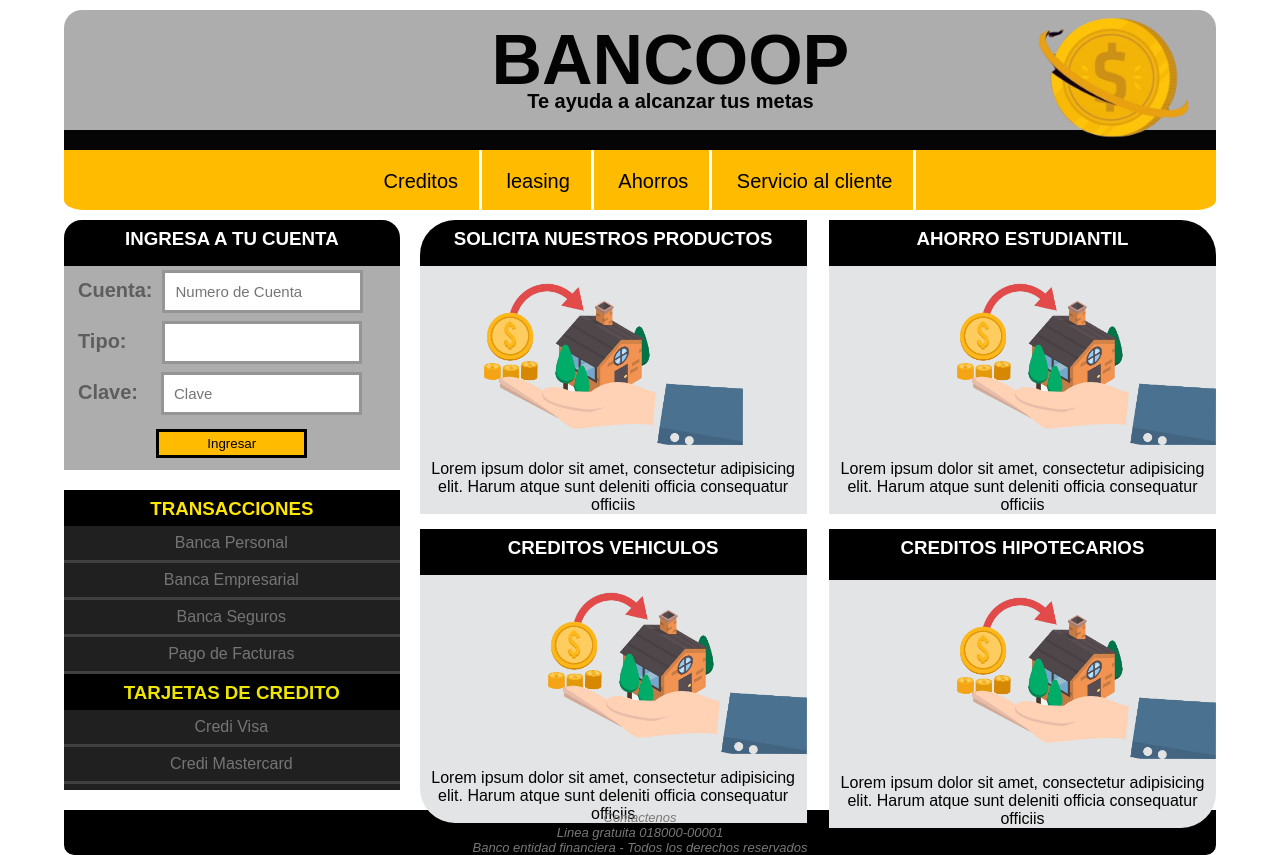
Repository: NickArregoces/BANCOOP
Page: Index.html
The author's editor kept a copy of each file at every save. The page is drawn from the files as they stood at one save, then again after a run of saves.
The browser window is 1280 px wide. The pictures show the whole page.

Above is the page before, as saved 2021-10-04 17:40:44.

### Index.html
<!DOCTYPE html>
<html lang="en">
<head>
    <meta charset="UTF-8">
    <meta http-equiv="X-UA-Compatible" content="IE=edge">
    <meta name="viewport" content="width=device-width, initial-scale=1.0">
    <title>BANCOOP Home</title>
    <link rel="stylesheet" href="/CSS/Style.css">

</head>
<body>
    <div id="head">
        <header>
            <div class="image">
                <img src="/Images/logo.png" alt="logo">
            </div>
            <div class="title" >
                <h1>BANCOOP</h1>
                <h3>Te ayuda a alcanzar tus metas</h3>
            </div>

        </header>

        <nav class="barra"></nav>

        <div class="navegador">
            <ul class="menu">
                <li><a href="#">Creditos</a></li>
                <li><a href="#">leasing</a></li>
                <li><a href="#">Ahorros</a></li>
                <li><a href="#">Servicio al cliente</a></li>
            </ul>
        </div>

    </div>
        <div id="Contenido">
            <div class="section">
                <form action="" class="login">
                    <h3 style="color: rgb(255, 255, 255);">INGRESA A TU CUENTA</h3>
                        <div class="cuenta">
                            <h4>Cuenta:<input type="number" placeholder="Numero de Cuenta" required></h4>
                        </div>

                        <div class="tipo">
                            <h4>Tipo:<input type="text" required></h4>
                        </div>

                        <div class="clave">
                            <h4>Clave:<input type="password" placeholder="Clave" required></h4>
                        </div>

                    <div class="center">
                        <button class="sumbit"> Ingresar </button>
                    </div>

                </form>

                <article class="opciones">
                    <h3 style="color: rgb(255, 230, 0);">TRANSACCIONES</h3>
                    <li><a href="#">Banca Personal</a></li>
                    <li><a href="#">Banca Empresarial</a></li>
                    <li><a href="#">Banca Seguros</a></li>
                    <li><a href="#">Pago de Facturas</a></li>

                    <h3 style="color: rgb(238, 230, 0);">TARJETAS DE CREDITO</h3>
                    <li><a href="#">Credi Visa</a></li>
                    <li><a href="#">Credi Mastercard</a></li>
                </article>
            </div>

            <div id="Cuadros">
                <aside>
                    <div class="solicita">
                        <h3 style="color: rgb(255, 255, 255);">SOLICITA NUESTROS PRODUCTOS</h3>

                        <div id="Prueba">
                        <img id="Prubea" src="/Images/Wallpaper(80).jpg" alt="">
                        </div>

                        <p>Lorem ipsum dolor sit amet, consectetur adipisicing elit.
                            Harum atque sunt deleniti officia consequatur officiis</p>
                    </div>

                    <div class="ahorro">
                        <h3 style="color: rgb(255, 255, 255);">AHORRO ESTUDIANTIL</h3>

                        <img src="/Images/Wallpaper(80).jpg" alt="">

                        <p>Lorem ipsum dolor sit amet, consectetur adipisicing elit.
                            Harum atque sunt deleniti officia consequatur officiis</p>
                    </div>

                    <div class="credito">
                        <h3 style="color: rgb(255, 255, 255);">CREDITOS VEHICULOS</h3>

                        <img src="/Images/Wallpaper(80).jpg" alt="">

                        <p>Lorem ipsum dolor sit amet, consectetur adipisicing elit.
                            Harum atque sunt deleniti officia consequatur officiis</p>
                    </div>
                    <div class="hipotecario">
                        <h3 style="color: rgb(255, 255, 255);">CREDITOS HIPOTECARIOS</h3>

                        <img src="/Images/Wallpaper(80).jpg" alt="">

                        <p>Lorem ipsum dolor sit amet, consectetur adipisicing elit.
                            Harum atque sunt deleniti officia consequatur officiis</p>
                    </div>
                </aside>
            </div>

            <div>
                <footer>
                        <p>Contactenos</p>
                        <p>Linea gratuita 018000-00001</p>
                        <p>Banco entidad financiera
                        - Todos los derechos reservados</p>
                </footer>
            </div>
        </div>

</body>
</html>

### CSS/Style.css

*{
    margin: 0 auto;
    padding: 0px;
    list-style:none
}
body{
    font-family: Arial, Helvetica, sans-serif;
    background: rgb(255, 255, 255);
    width: 90%;
    color: rgb(3, 3, 3);
}
header{
    width: 100%;
    margin-top: 10px;
    background: rgb(173, 173, 173);
    border-top-left-radius:  18px;
    border-top-right-radius:  18px;
    height: 120px;
}
    img{
        float: right;
        width: 200px;
    }
    .title{
        float: right;
        width: 60%;
        margin-top: 20px;
    }
    header h1{
        font-size: 70px;
        text-align: center;
        line-height: 60px;
        display: block;
    }
    header h3{
        font-size: 20px;
        text-align: center;
    }

nav.barra{
    background: rgb(5, 5, 5);
    height: 20px;
}
div.navegador{
    text-align: center;
}

    ul.menu{
        border-bottom-left-radius: 20px 10px;
        border-bottom-right-radius: 20px 10px;
        background: rgb(255, 187, 0);
        height: 60px;
        list-style: none;
        padding: 0;
        max-width: 10000px;
    }
    .menu li a{
        height: 20px;
        font-size: 20px;
        margin-right: 1px;
        text-decoration: none;
        color:black;
        padding: 20px;
        display: inline-block;
    }
    .menu li {
        border-right: solid white;
        display: inline-block;
        }
    .menu li a:hover{
        background: #242323b6;
        color: white;
        }

.section{
    width: 30%;
    float: left;

}
    form{
        background: rgb(173, 173, 173);
        border-top-left-radius: 18px;
        border-top-right-radius: 18px;
        margin-top: 10px;
        margin-right:10px;
        margin-bottom: 10px;
        height: 250px;
    }
        form h3{
            text-align: center;
            background: black;
            height: 30px;
            padding: 8px;
            border-top-left-radius: 18px;
            border-top-right-radius: 18px;
        }
        form h4{
            font-size: 20px;
            padding: 4px;
            margin-left: 10px;
            color: rgb(95, 93, 93);

        }
        form input{
            font-size: 15px;
            width: 55%;
            padding: 10px;
            display: inline;
            border: solid rgb(149, 149, 149);
            margin-left: 10px;
        }
        div.clave input {
            margin-left: 23px;
        }

        div.tipo input {
            margin-left: 35px;
        }

        div.center{
            margin-top: 10px;
            margin: auto;
            text-align: center;
            width: 50%;
            cursor: pointer;
        }
        button{
            margin-top: 10px;
            width: 90%;
            padding: 4px;
            background: rgb(255, 187, 0);
            border: solid black;
            cursor: pointer;
        }
        button:hover{
            background: #242323b6;
            color: rgb(251, 227, 3);
        }

    article {
        height: 300px;
        background: rgb(32, 32, 32);
        margin-top: 20px;
        margin-right:10px;
        margin-bottom: 10px;
    }
        article h3{
            text-align: center;
            padding: 8px;
            height: 20px;
            background: black;
        }
        .opciones li a{
            margin-right: 1px;
            text-align: center;
            text-decoration: none;
            color:rgb(117, 117, 117);
            padding: 8px;
            display: inline-block;
        }
        .opciones li {
            border-bottom: solid rgba(68, 68, 68, 0.897);
            text-align: center;
            display:inline-flexbox;
            }
        .opciones li a:hover{
            background: #242323b6;
            color: rgb(251, 227, 3);
            }

aside{
    width: 70%;
    height: 580px;
    margin-top: 10px;
    float: right;
    margin-bottom: 10px;
}
    div.solicita{
        width: 48%;
        float: left;
        border-top-left-radius: 35px;
        margin-left: 10px;
        background: #e3e4e5;
        text-align:center;

    }
    #Prueba{
        display: flex;
        align-items: center;
        justify-content: center;
    }
        div.solicita img {
            width: 260px;
            margin-top: 15px;
            margin-bottom: 15px;
        }
        div.solicita h3{
            text-align: center;
            background: black;
            height: 30px;
            padding: 8px;
            border-top-left-radius: 35px;
        }
        div.solicita p{
            display: inline-block;
            text-align: center;
        }

    div.ahorro {
        width: 48%;
        float: right;
        border-top-right-radius: 35px;
        margin-left: 10px;
        background: #e3e4e5;
     }
            div.ahorro img {
                width: 260px;
                margin-top: 15px;
                margin-bottom: 15px;
            }
            div.ahorro h3{
                text-align: center;
                background: black;
                height: 30px;
                padding: 8px;
                border-top-right-radius: 35px;
            }
            div.ahorro p{
                display: inline-block;
                text-align: center;
            }

    div.credito {
        width: 48%;
        float: left;
        margin-top: 15px;
        border-bottom-left-radius: 35px;
        margin-left: 10px;
        background: #e3e4e5;
    }
            div.credito img {
                width: 260px;
                margin-top: 15px;
                margin-bottom: 15px;

            }
            div.credito h3{
                text-align: center;
                background: black;
                height: 30px;
                padding: 8px;
            }
            div.credito p{
                display: inline-block;
                text-align: center;
            }

    div.hipotecario {
        width: 48%;
        float: right;
        border-top-right-radius: 35px;
        border-bottom-right-radius: 35px;
        margin-top: 15px;
        background: #e3e4e5;
        }
            div.hipotecario img {
                width: 260px;
                margin-top: 15px;
                margin-bottom: 15px;
            }
            div.hipotecario h3{
                text-align: center;
                background: black;
                height: 35px;
                padding: 8px;
            }
            div.hipotecario p{
                display: inline-block;
                text-align: center;
            }

footer{
    background: black;
    clear: both;
    border-bottom-left-radius: 10px;
    border-bottom-right-radius: 10px;
}
    footer p{
        font-size: 13px;
        text-align: center;
        line-height: 15px;
        color: rgb(121, 119, 119);
        font-style:italic;
    }

After the next 3 saves:
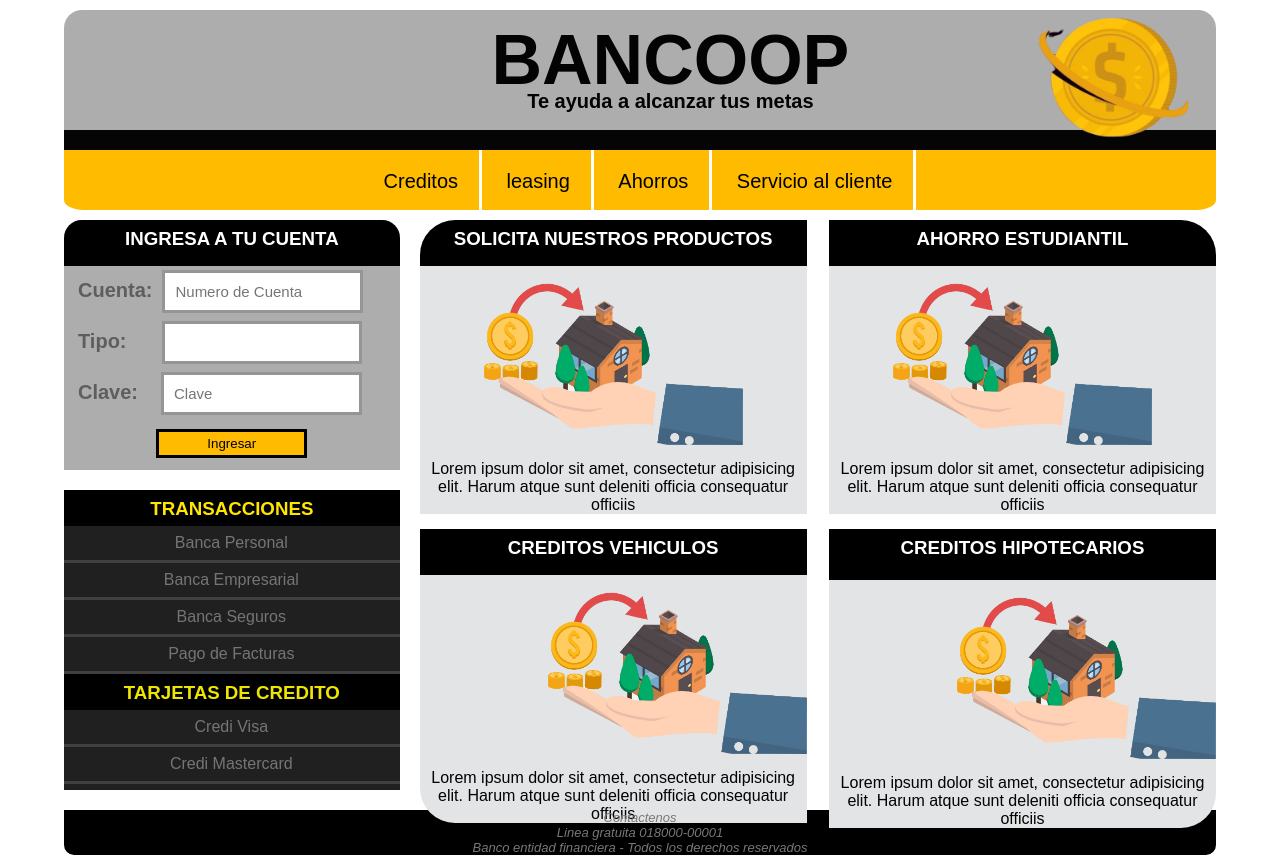
The 3 saves are shown as one change because they came seconds apart.
The last was saved 22 s later.
--- a/Index.html
+++ b/Index.html
@@ -84,7 +84,9 @@
                     <div class="ahorro">
                         <h3 style="color: rgb(255, 255, 255);">AHORRO ESTUDIANTIL</h3>
 
-                        <img src="/Images/Wallpaper(80).jpg" alt="">
+                        <div id="Prueba">
+                        <img id="Prubea" src="/Images/Wallpaper(80).jpg" alt="">
+                        </div>
 
                         <p>Lorem ipsum dolor sit amet, consectetur adipisicing elit.
                             Harum atque sunt deleniti officia consequatur officiis</p>
